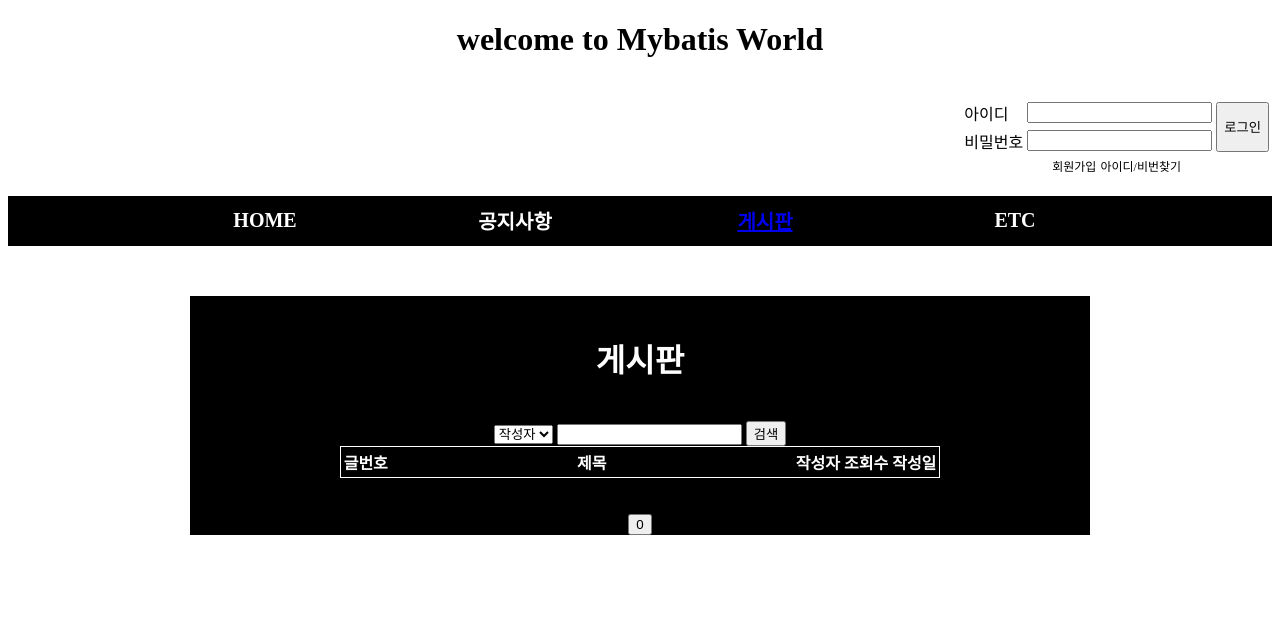
Repository: euicheol99/mystudycode
Page: http://localhost/mybatisProject/views/board/boardListView.jsp
An editor plug-in stored every save of this project. The page is shown before and after the next save, followed by the edit.
The browser window is 1280 px wide. The pictures show the whole page.
The page is served by Tomcat 10. Other server files are loaded and not shown. The template is opened directly, without the code that normally fills it, so the values that code supplies are empty.

Above is the page before, as saved 2025-03-07 01:35:07.

### 08_Mybatis/mybatisProject/src/main/webapp/views/board/boardListView.jsp
<%@ page language="java" contentType="text/html; charset=UTF-8"
    pageEncoding="UTF-8"%>
<%@ taglib prefix="c" uri="http://java.sun.com/jsp/jstl/core" %>
<!DOCTYPE html>
<html>
<head>
<meta charset="UTF-8">
<title>Insert title here</title>
<style>
    #list-area{
        border: 1px solid white;
        text-align: center;
    }

    .outer a{
        color: white;
        text-decoration: none;
    }
</style>
</head>
<body>
    <jsp:include page="../common/menubar.jsp" />

    <div class="outer" align="center">
        <br>
        <h1 align="center">게시판</h1>
        <br>
        <div>
        	<form>
        		<select name = "condition">
        			<option value = "writer">작성자</option>
        			<option value = "title">제목</option>
        			<option value= "content">내용</option>
        		</select>
        		<input type = "text" name = "keyword">
        		<button type="submit">검색</button>
        	</form>
        </div>

        <table id="list-area">
            <thead>
                <tr>
                    <th>글번호</th>
                    <th width="400">제목</th>
                    <th>작성자</th>
                    <th>조회수</th>
                    <th>작성일</th>
                </tr>
            </thead>
            <tbody>
               <c:forEach var="b" items="${list}">
	                <tr>
	                    <td>${b.boardNo}</td>
	                    <td>${b.boardTitle}</td>
	                    <td>${b.userId}</td>
	                    <td>${b.count}</td>
	                    <td>${b.createDate}</td>
	                </tr>
               </c:forEach>
            </tbody>
        </table>
        <br><br>

        <div align="center">
        	<c:if test="${pi.currentPage > 1}">
	            <button class="btn btn-sm btn-primary"
	            		onclick="location.href='${pageContext.request.contextPath}/list.bo?cpage=${pi.currentPage - 1}'">
	            &lt;이전
	            </button>
            </c:if>
            <c:forEach var="p" begin="${pi.startPage}" end="${pi.endPage}" >
            	<c:choose>
            		<c:when test="${p == pi.currentPage}">
            			<button class="btn btn-sm btn-primary" disabled>
	            	        ${p}
	            		</button>
            		</c:when>
            		<c:otherwise>
            			<button class="btn btn-sm btn-primary" onclick="location.href='${pageContext.request.contextPath}/list.bo?cpage=${p}'">
	            	        ${p}
	            		</button>
            		</c:otherwise>
            	</c:choose>
            </c:forEach>

            <c:if test="${pi.currentPage < pi.maxPage}">
	            <button class="btn btn-sm btn-primary"
	            		onclick="location.href='${pageContext.request.contextPath}/list.bo?cpage=${pi.currentPage + 1}'">
	            	다음&gt;
	            </button>
            </c:if>
        </div>
    </div>
</body>
</html>

### 08_Mybatis/mybatisProject/src/main/webapp/views/common/menubar.jsp
<%@ page language="java" contentType="text/html; charset=UTF-8"
    pageEncoding="UTF-8"%>
<%@ taglib prefix="c" uri="http://java.sun.com/jsp/jstl/core" %>
<!DOCTYPE html>
<html>
<head>
<meta charset="UTF-8">
<title>Insert title here</title>
<style>
    .login-area a{
        text-decoration: none;
        color: black;
        font-size: 12px;
    }

    .nav-area{
        background: black;
        color: white;
        height: 50px;
    }
    .menu{
        display: table-cell;
        width: 250px;
        height: 50px;
        vertical-align: middle;
        font-size: 20px;
        font-weight: bold;
    }
    .outer{
    	width: 900px;
    	background: black;
    	color: white;
    	margin: auto;
    	margin-top: 50px;
    }
</style>
</head>
<body>

    <h1 align="center">welcome to Mybatis World</h1>
    <br>

    <div class="login-area" align="right">
       <c:choose>
       <c:when test="${empty loginUser}">
	        <form action="${pageContext.request.contextPath}/login.me" method="post">
		        <table>
		            <tr>
		                <td>아이디</td>
		                <td><input type="text" name="userId" required></td>
		                <td rowspan="2"><button type="submit" style="height: 50px;">로그인</button></td>
		            </tr>
		            <tr>
		                <td>비밀번호</td>
		                <td><input type="password" name="userPwd" required></td>

		            </tr>
		            <tr>
		                <td colspan="3" align="center">
		                    <a href="enrollForm.me">회원가입</a>
		                    <a href="">아이디/비번찾기</a>
		                </td>
		            </tr>
	            </table>
	        </form>
     	</c:when>
       	<c:otherwise>
        	<!-- 로그인후 -->
	        <div>
	            <table>
	                <tr>
	                    <td colspan="2">
	                        <h3>${loginUser.userName }님 환영합니다. </h3>
	                    </td>
	                    <td></td>
	                </tr>
	                <tr>
	                    <td><a href="myPage.me">마이페이지</a></td>
	                    <td><a href="">로그아웃</a></td>
	                </tr>
	            </table>
	        </div>
        </c:otherwise>
        </c:choose>
    </div>
    <br>

    <div class="nav-area" align="center">
        <div class="menu">HOME</div>
        <div class="menu">공지사항</div>
        <div class="menu"><a href="list.bo?cpage=1">게시판</a></div>
        <div class="menu">ETC</div>
    </div>
</body>
</html>

After the next save:
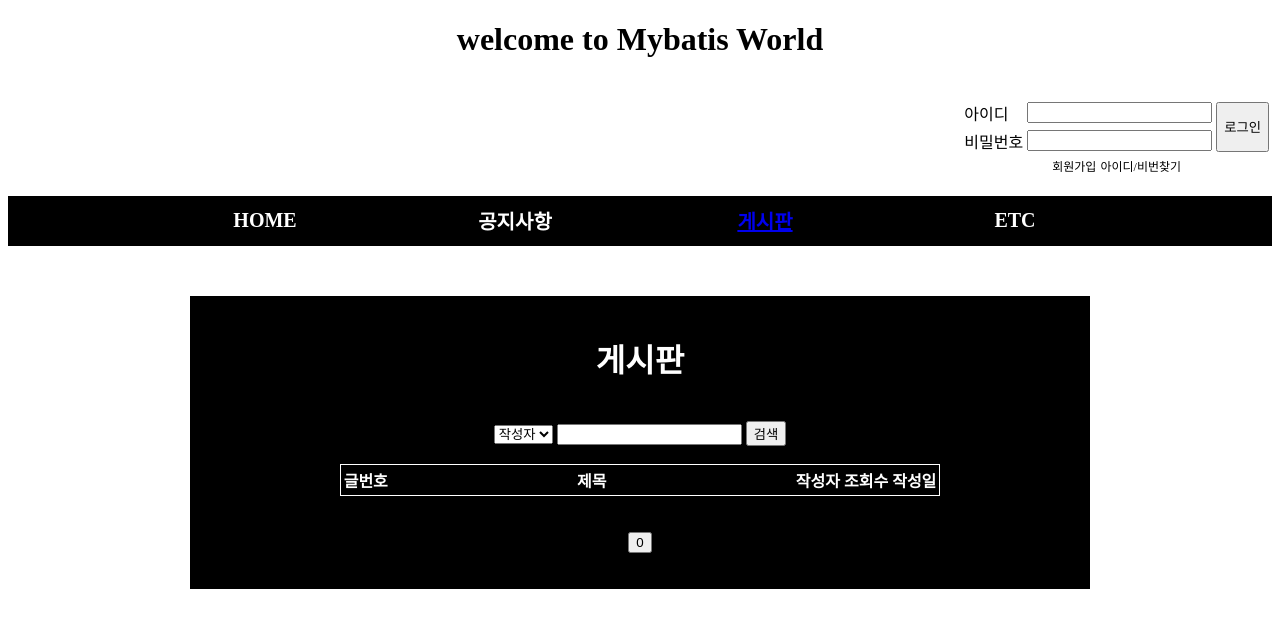
Saved 30 s later.
--- a/08_Mybatis/mybatisProject/src/main/webapp/views/board/boardListView.jsp
+++ b/08_Mybatis/mybatisProject/src/main/webapp/views/board/boardListView.jsp
@@ -36,6 +36,7 @@
         		<button type="submit">검색</button>
         	</form>
         </div>
+        <br>
 
         <table id="list-area">
             <thead>
@@ -90,6 +91,7 @@
 	            </button>
             </c:if>
         </div>
+        <br><br>
     </div>
 </body>
 </html>
